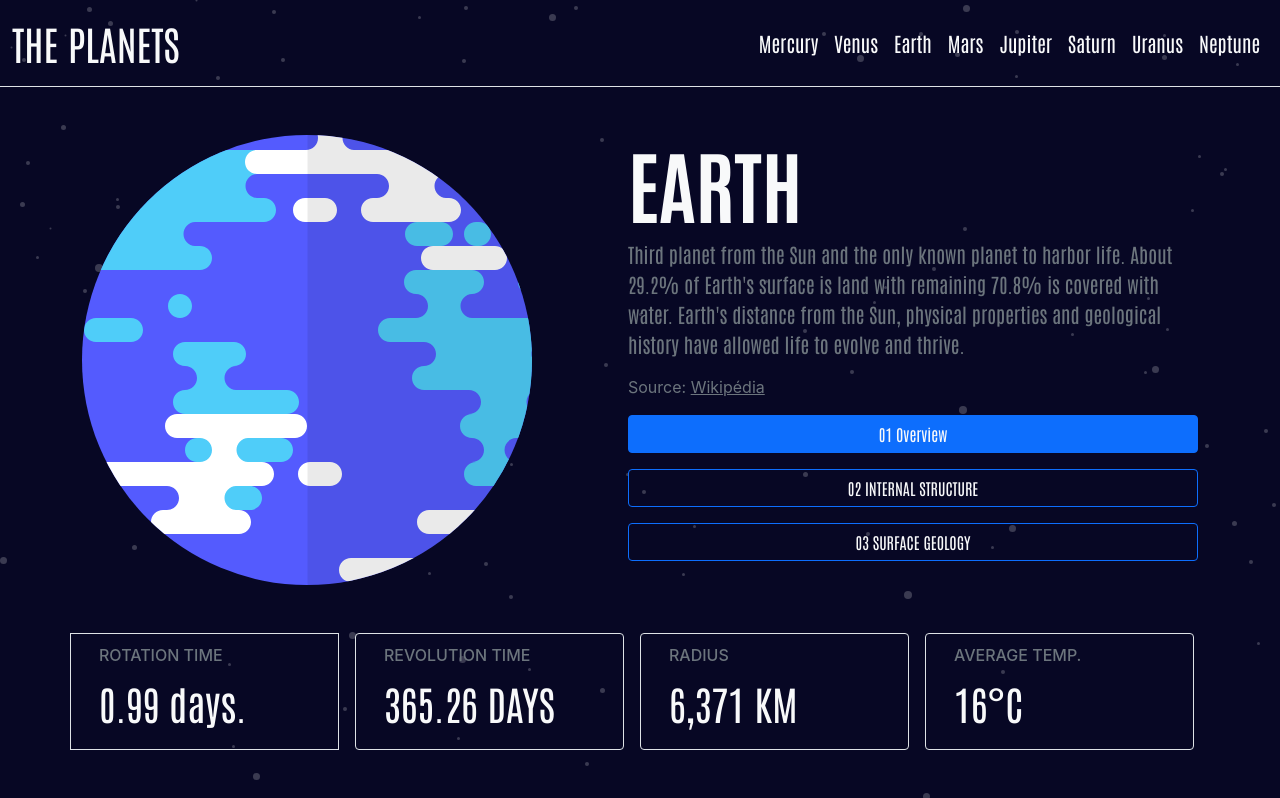
Repository: andre06x/the-planets
Page: /
The author's editor kept a copy of each file at every save. The page is drawn from the files as they stood at one save, then again after the next save.
The browser window is 1280 px wide. The pictures show the whole page.
The project was rebuilt for these pictures with package versions that can differ from the ones it lists, and the page was loaded fresh each time.

Above is the page before, as saved 2021-10-18 22:24:13.

After the next save:
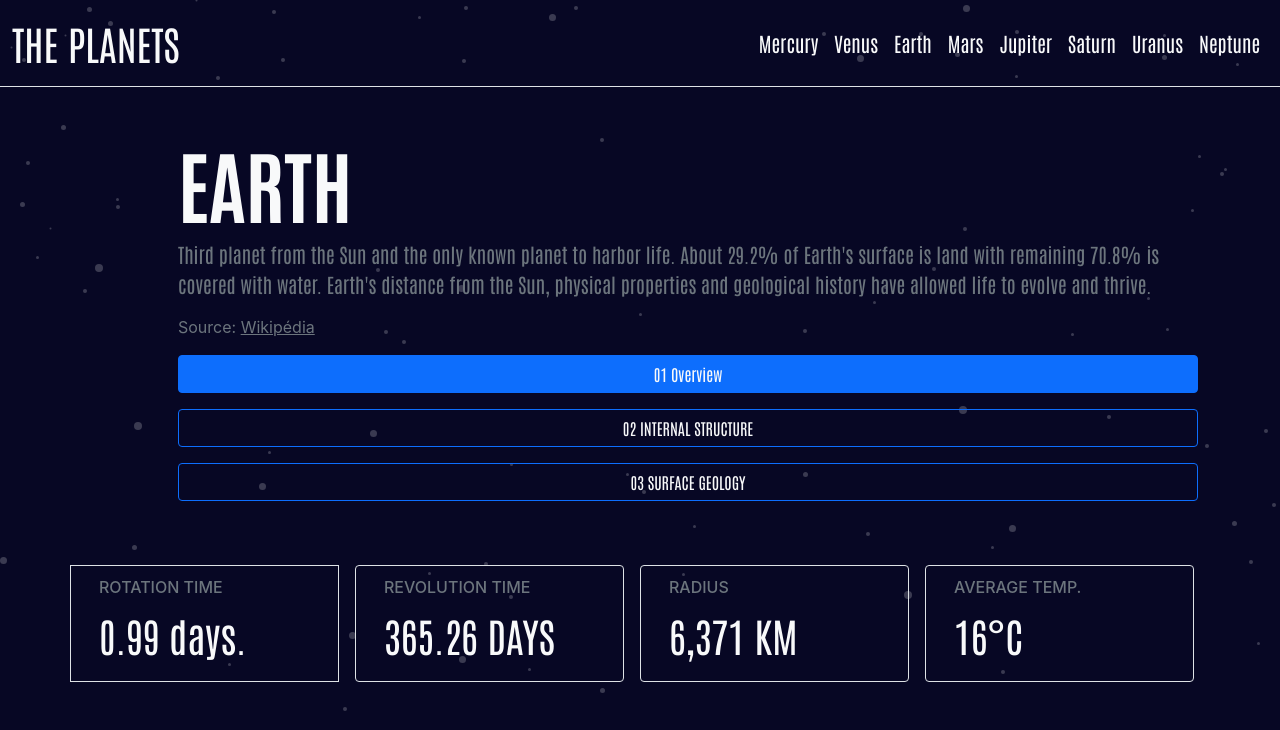
Saved 30 s later.
--- a/src/components/Container.js
+++ b/src/components/Container.js
@@ -6,7 +6,7 @@
   const [selectBox, setSelectBox] = useState(1);
   const [planet, setPlanet] = useState('Earth');
   const [text, setText] = useState('');
-  const [imagee, setImagee] = useState('')
+  const [imagee, setImagee] = useState('assets/planet-earth.svg')
 
   const op = [
     { id: 1, titulo: '01 Overview' },
@@ -40,7 +40,7 @@
       <div className="d-flex flex-column">
         <div className="d-flex justify-content-between">
           <div className="me-5">
-            <img src="assets/planet-earth.svg" alt="" />
+            <img src="" alt="" />
           </div>
           <div className="ms-md-5">
             <h1 className="display-1 text-light font-antonio fw-bold">EARTH</h1>

After the save that followed:
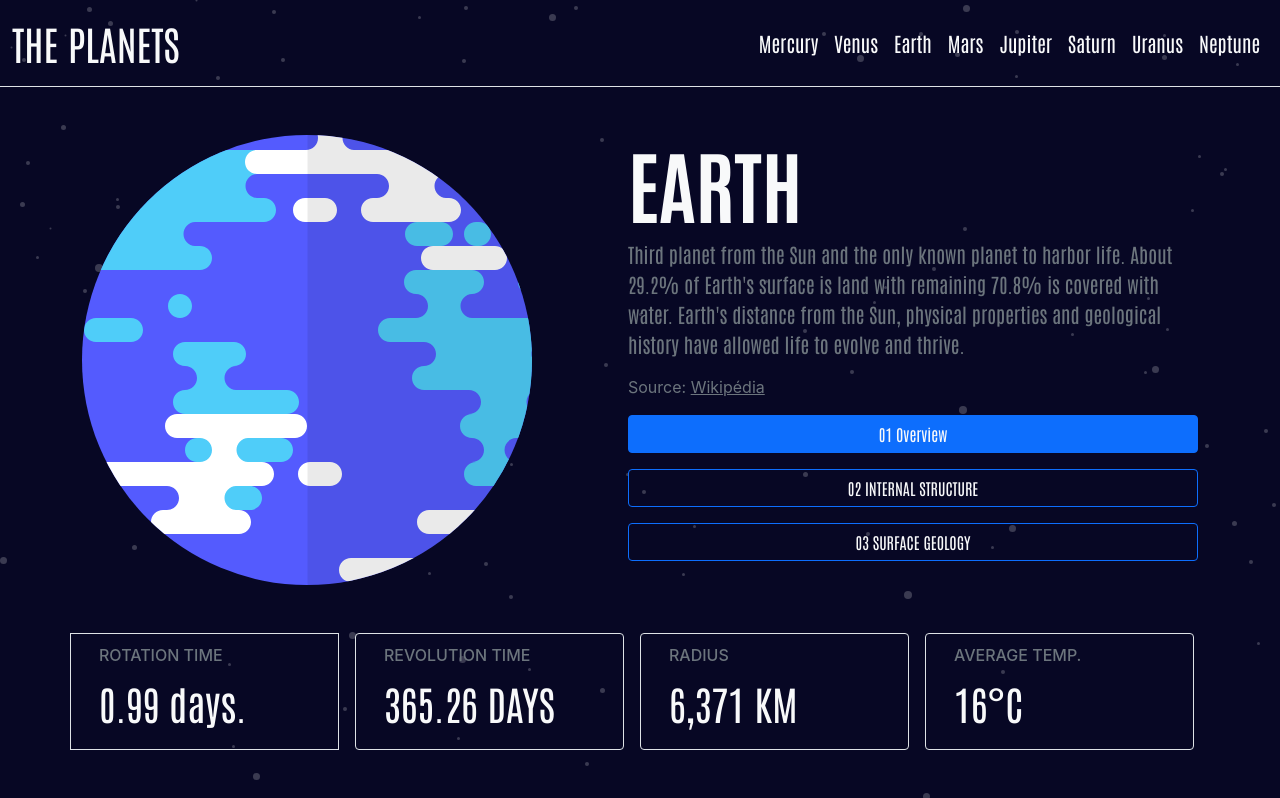
Saved 15 s later.
--- a/src/components/Container.js
+++ b/src/components/Container.js
@@ -40,7 +40,7 @@
       <div className="d-flex flex-column">
         <div className="d-flex justify-content-between">
           <div className="me-5">
-            <img src="" alt="" />
+            <img src={imagee}alt="" />
           </div>
           <div className="ms-md-5">
             <h1 className="display-1 text-light font-antonio fw-bold">EARTH</h1>
